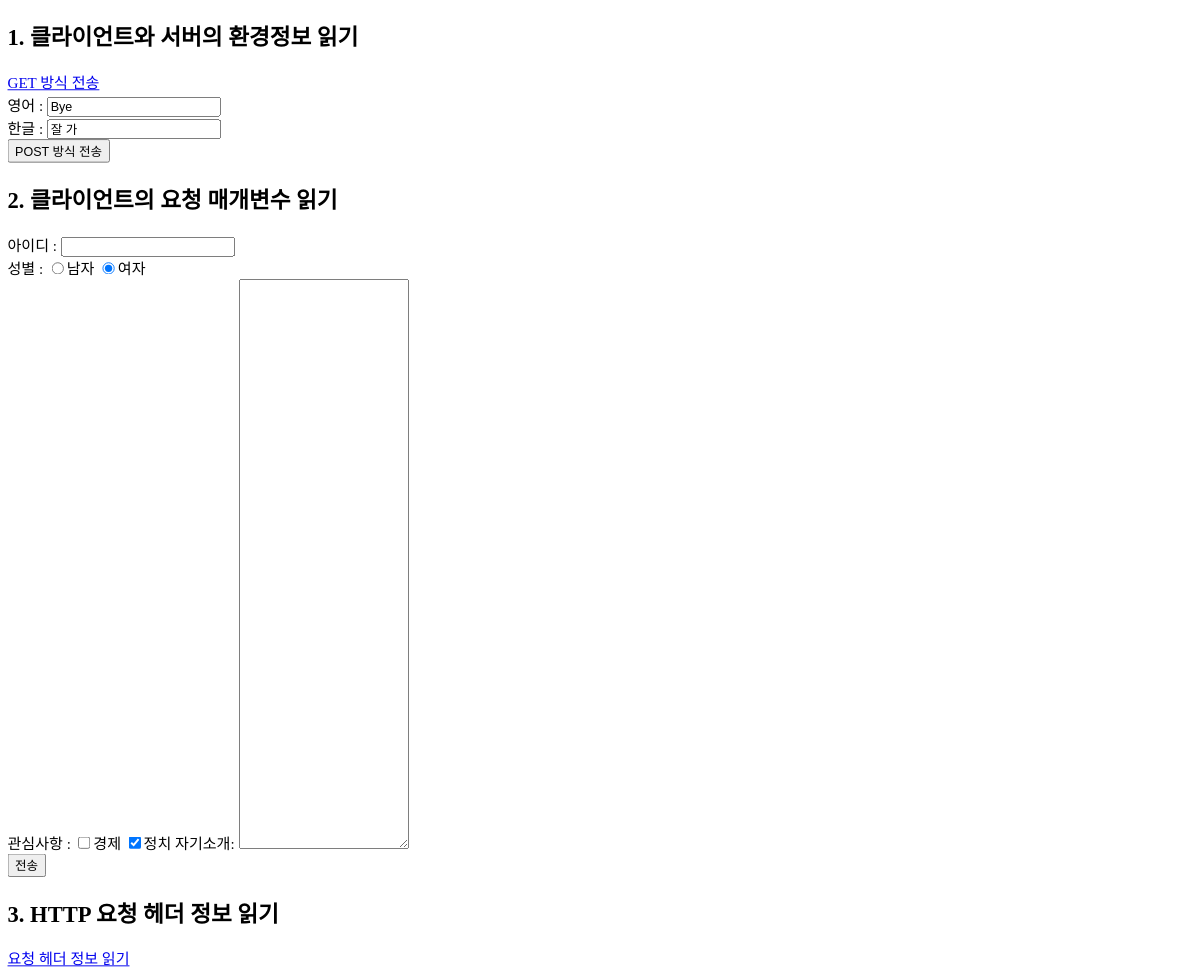
Repository: Jadedvst/JSP-Servlet
Page: http://localhost/MustHaveJSP/02ImplicitObject/RequestMain.jsp
These files come from the project's save history. The page is drawn as it stood at one moment and after the next save; the edit follows.
The browser window is 1280 px wide. The pictures show the whole page, at 94% of full size.
The page is served by Tomcat 9.

Above is the page before, as saved 2023-12-11 02:33:27.

### MustHaveJSP/src/main/webapp/02ImplicitObject/RequestMain.jsp
<%@ page language="java" contentType="text/html; charset=UTF-8"
    pageEncoding="UTF-8"%>
<!DOCTYPE html>
<html>
<head>
<meta charset="UTF-8">
<title>내장 객체 - request</title>
</head>
<body>
	<h2>1. 클라이언트와 서버의 환경정보 읽기</h2>
	<a href="./RequestWebInfo.jsp?eng=Hello&han=안녕">
		GET 방식 전송
	</a>
	<br />
	<form action="./RequestWebInfo.jsp" method="post">
		영어 : <input type="text" name="eng" value="Bye" /><br/>
		한글 : <input type="text" name="han" value="잘 가" /><br/>
		<input type="submit" value="POST 방식 전송" />
	</form>

	<h2>2. 클라이언트의 요청 매개변수 읽기</h2>
	<form action="./RequestWebInfo.jsp" method="post">
		아이디 : <input type="text" name="id" value="" /><br/>
		성별 :
		<input type="radio" name="sex" value="man" />남자
		<input type="radio" name="sex" value="woman" checked="checked" />여자
		<br/>
		관심사항 :
		<input type="checkbox" name="favo" value="eco" />경제
		<input type="checkbox" name="favo" value="pol" checked="checked" />정치
		자기소개:
		<textarea name="intro" cols="20" rows="40"></textarea>
		<br/>
		<input type="submit" value="전송" />
	</form>

	<h2>3. HTTP 요청 헤더 정보 읽기</h2>
	<a href="RequestHeader.jsp">
		요청 헤더 정보 읽기
	</a>
</body>
</html>

After the next save:
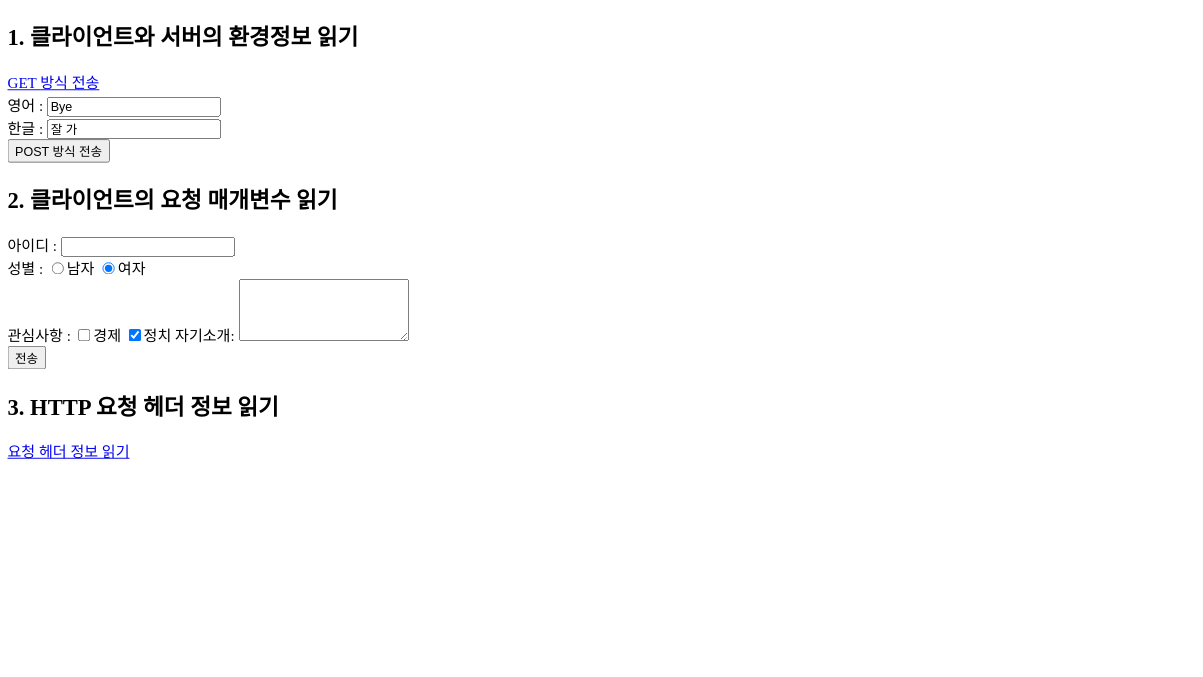
Saved 26 s later.
--- a/MustHaveJSP/src/main/webapp/02ImplicitObject/RequestMain.jsp
+++ b/MustHaveJSP/src/main/webapp/02ImplicitObject/RequestMain.jsp
@@ -29,7 +29,7 @@
 		<input type="checkbox" name="favo" value="eco" />경제
 		<input type="checkbox" name="favo" value="pol" checked="checked" />정치
 		자기소개:
-		<textarea name="intro" cols="20" rows="40"></textarea>
+		<textarea name="intro" cols="20" rows="4"></textarea>
 		<br/>
 		<input type="submit" value="전송" />
 	</form>
